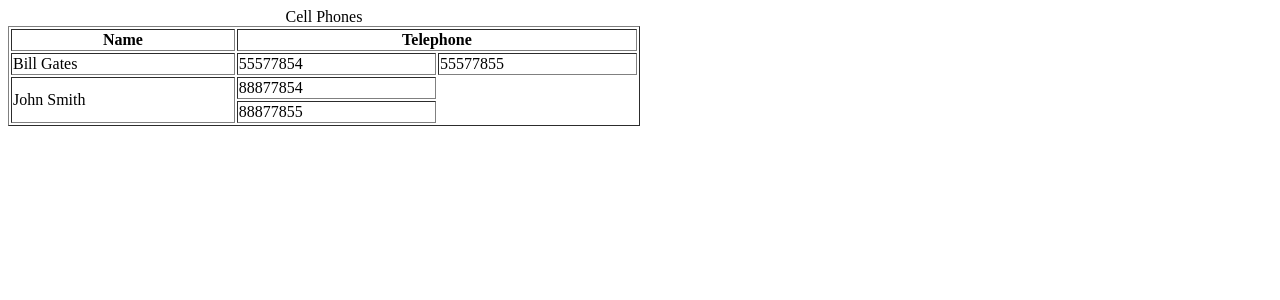
Repository: SanghunOh/learn_publising
Page: HtmlCss/WebContent/HtmlElements/table02.html
The author's editor kept a copy of each file at every save. The page is drawn from the files as they stood at one save, then again after the next save.
The browser window is 1280 px wide. The pictures show the whole page.

Above is the page before, as saved 2018-05-05 06:55:18.

### HtmlCss/WebContent/HtmlElements/table02.html
<!DOCTYPE html>
<html>
<body>
	<table style="width: 50%" border="1">
		<caption>Cell Phones</caption>
		<tr>
			<th>Name</th>
			<th colspan="2">Telephone</th>
		</tr>
		<tr>
			<td>Bill Gates</td>
			<td>55577854</td>
			<td>55577855</td>
		</tr>
		<tr>
			<td rowspan="2">John Smith</td>
			<td>88877854</td>
		</tr>
		<tr>
			<td rowspan="3">88877855</td>
		</tr>
	</table>

</body>
</html>

After the next save:
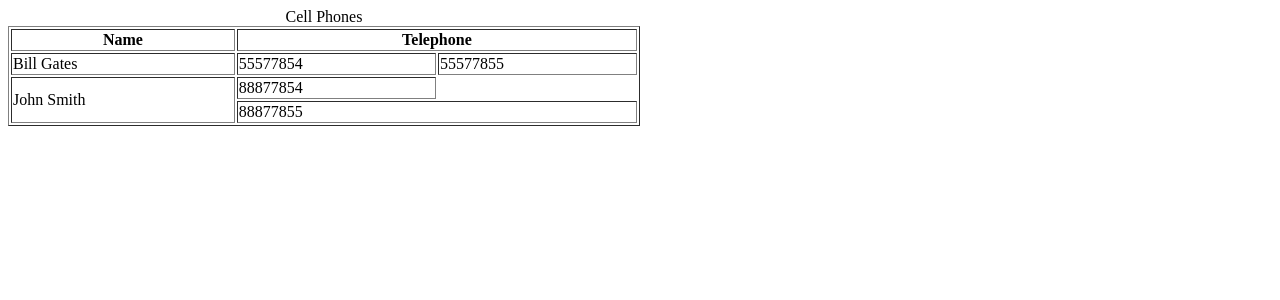
Saved 12 s later.
--- a/HtmlCss/WebContent/HtmlElements/table02.html
+++ b/HtmlCss/WebContent/HtmlElements/table02.html
@@ -17,7 +17,7 @@
 			<td>88877854</td>
 		</tr>
 		<tr>
-			<td rowspan="3">88877855</td>
+			<td colspan="3">88877855</td>
 		</tr>
 	</table>
 
